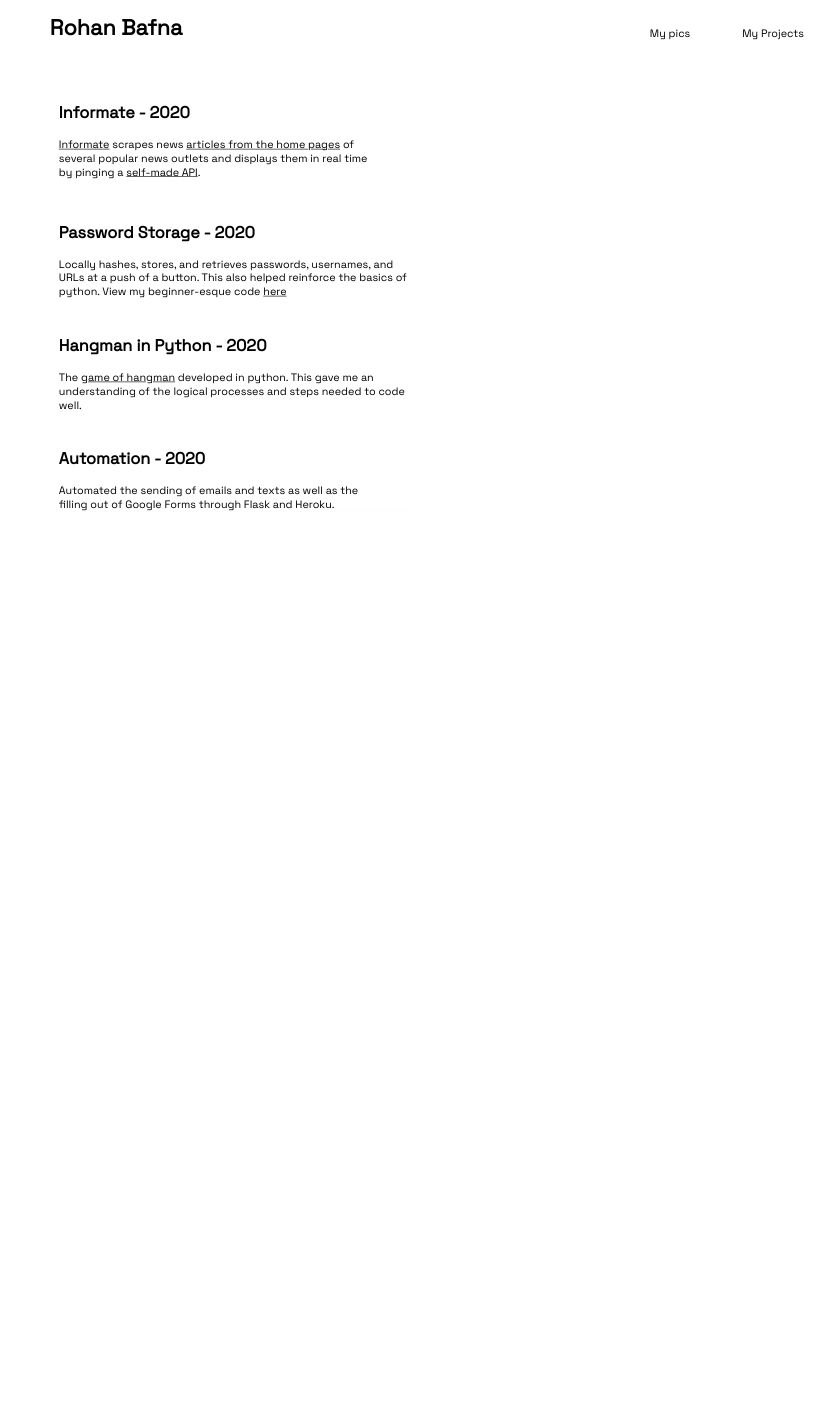
Repository: rbafna6507/rbafna6507.github.io
Page: projects.html
The author's editor kept a copy of each file at every save. The page is drawn from the files as they stood at one save, then again after the next save.
The browser window is 1280 px wide. The page is 1388 px wide, so the pictures cover 1388 px, including what lies to the right of the window. The pictures show the whole page, at 60% of full size.

Above is the page before, as saved 2020-12-20 11:10:52.

After the next save:
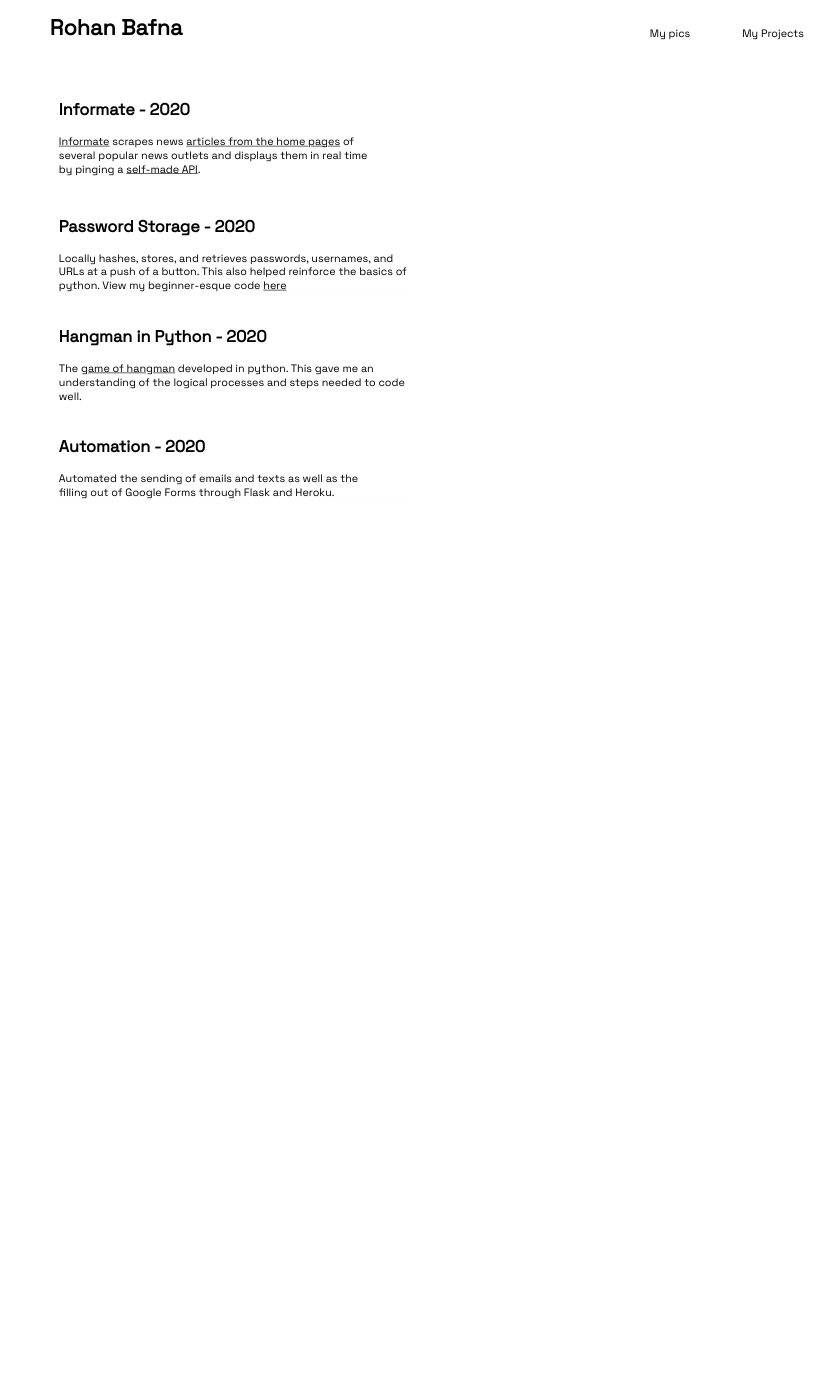
Saved 4 s later.
--- a/projects.css
+++ b/projects.css
@@ -172,7 +172,7 @@ ul{
     display: block;
     width: 600px;
     padding-left: 10px;
-    padding-top:10px;
+    padding-top:5px;
   }
 
   .small{
